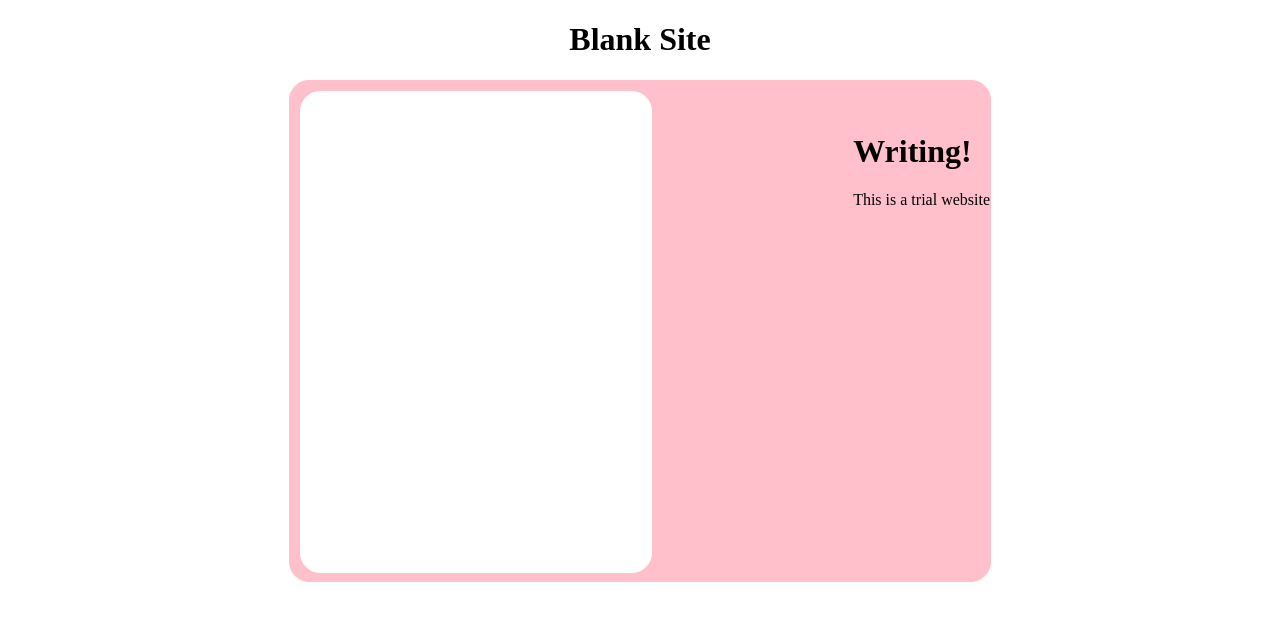
Repository: yhung004/Blank_Project
Page: index.html
An editor plug-in stored every save of this project. The page is shown before and after the next save, followed by the edit.
The browser window is 1280 px wide. The pictures show the whole page.

Above is the page before, as saved 2024-04-04 02:44:04.

### index.html
<!DOCTYPE html>
<html lang="en">
<head>
    <meta charset="UTF-8">
    <meta name="viewport" content="width=device-width, initial-scale=1.0">
    <title>Blank_Project</title>
    <link rel="stylesheet" href="index.css">
</head>
<body>
    <h1 class="header1">Blank Site</h1>
    <div class="main">
        <div class="container"></div>
        <div class="words">
            <h1 class="heading2">Writing!</h1>
            <p class="subwriting">This is a trial website</p>
        </div>

    </div>

</body>
</html>

### index.css
.header1 {
    text-align: center;
}
.main {
    background-color: pink;
    width: 700px;
    height: 500px;
    margin:auto;
    border: 1px solid pink;
    border-radius: 20px;
}
.container {
    margin:10px;
    background-color:white;
    width:350px;
    height: 480px;
    border :1px solid white;
    border-radius: 20px;
    display: flexbox;
}
.words {
    display:inline;
    float:right;
}
.heading2 {
    margin-top: -450px;
}

After the next save:
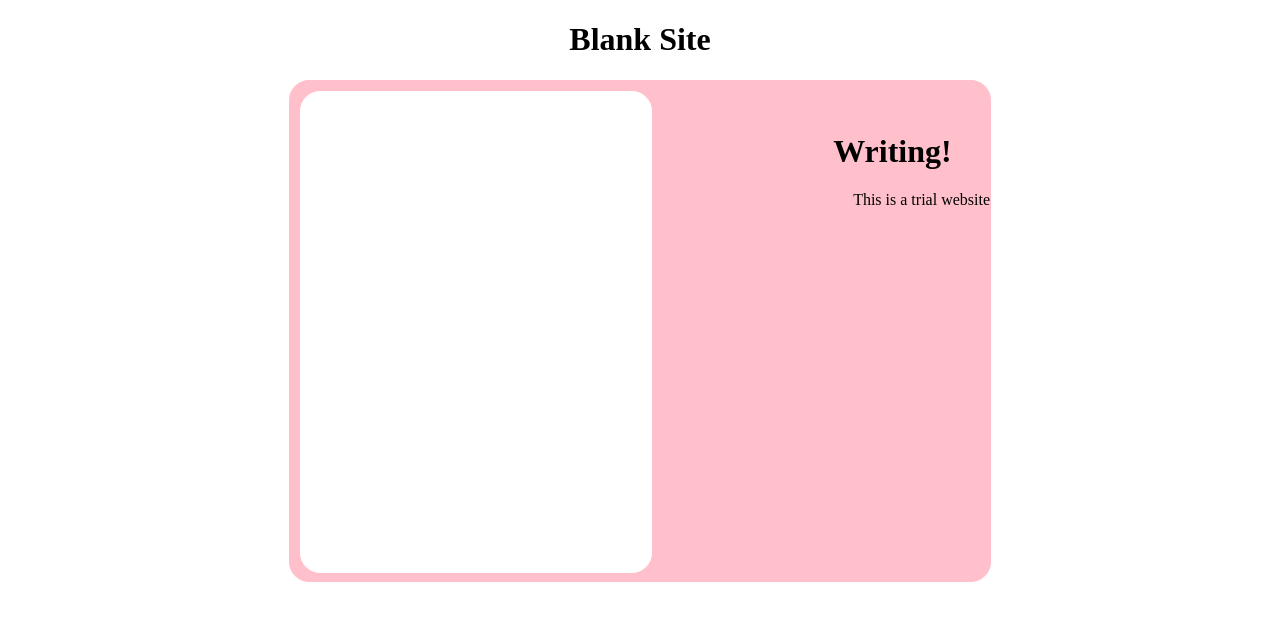
Saved 23 min 56 s later.
--- a/index.css
+++ b/index.css
@@ -24,4 +24,6 @@
 }
 .heading2 {
     margin-top: -450px;
+    margin-left:-20px;
+
 }
